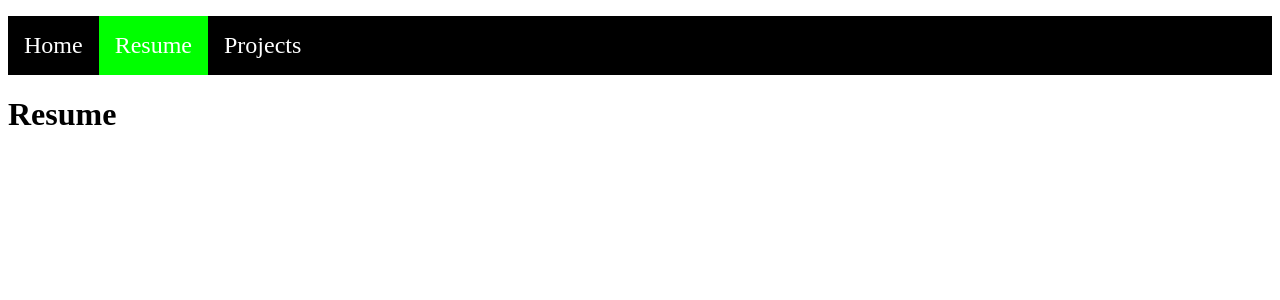
Repository: Zatarain10/Zatarain10.github.io
Page: project3.html
The author's editor kept a record of every edit. The page is drawn from the files as they stood at one moment, then again after the next edit.
The browser window is 1280 px wide. The pictures show the whole page.

Above is the page before.

### project3.html
<!DOCTYPE html>
<html>
    <head>
    <title>Home</title>
    <link rel="stylesheet" type="text/css" href="style.css">

    </head>
    <body>
        <ul class="navbar">
            <li><a href="=/index.html">Home</a></li>
            <li class="active"><a href="resume.html">Resume</a></li>
            <li class="dropdown">
                <div>Projects</div>
                <ul class="dropdown-content">
                    <li><a href="#">Project 1</a></li>
                    <li><a href="#">Project 2</a></li>
                    <li class="active"><a href="#">Project 3</a></li>
                </ul>
            </li>
        </ul>

        <h1>Resume</h1>

    </body>
</html>

### style.css
        .navbar{
            list-style:none;
            background-color: Black;
            overflow:hidden;
            padding:0;
        }

        .navbar a, .dropdown div{
            text-decoration:none;
            color: white;
            font-size: 24px;
            padding: 16px;
            display:inline-block;
        }

        .navbar li{
            float:left;
        }

        .navbar li:hover{
            background-color:Cyan;
        }

        .dropdown-content{
            list-style:none;
            padding: 0;
            display:none;
            position:absolute;
            z-index:1;
            background-color: Black;
        }

        .dropdown-content li{
            float:none;
        }

        .dropdown:hover .dropdown-content{
            display:block;
        }

        .active{
            background-color:Lime;
        }

After the next edit:
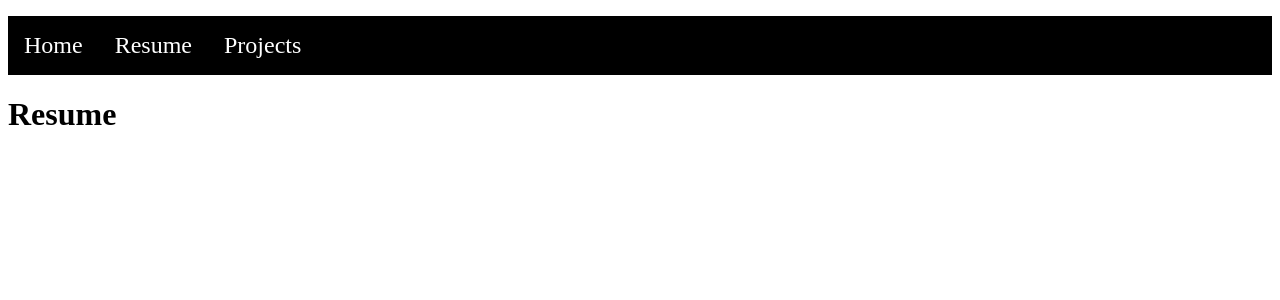
The edit:
--- a/project3.html
+++ b/project3.html
@@ -8,7 +8,7 @@
     <body>
         <ul class="navbar">
             <li><a href="=/index.html">Home</a></li>
-            <li class="active"><a href="resume.html">Resume</a></li>
+            <li><a href="resume.html">Resume</a></li>
             <li class="dropdown">
                 <div>Projects</div>
                 <ul class="dropdown-content">
